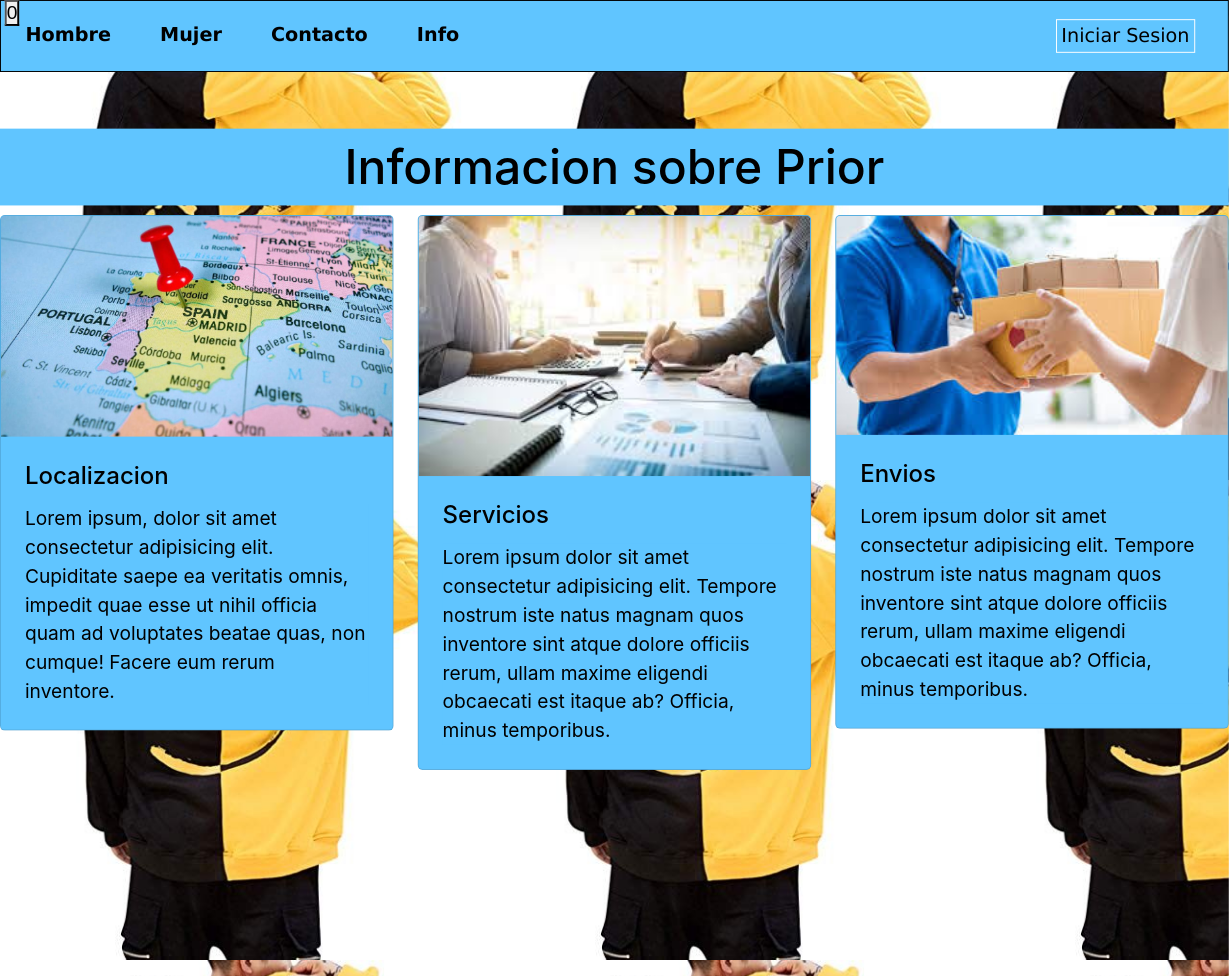
Repository: danilugones10/Proyecto
Page: info.html
An editor plug-in stored every save of this project. The page is shown before and after the next save, followed by the edit.
The browser window is 1280 px wide. The pictures show the whole page, at 96% of full size.

Above is the page before, as saved 2021-03-08 19:10:09.

After the next save:
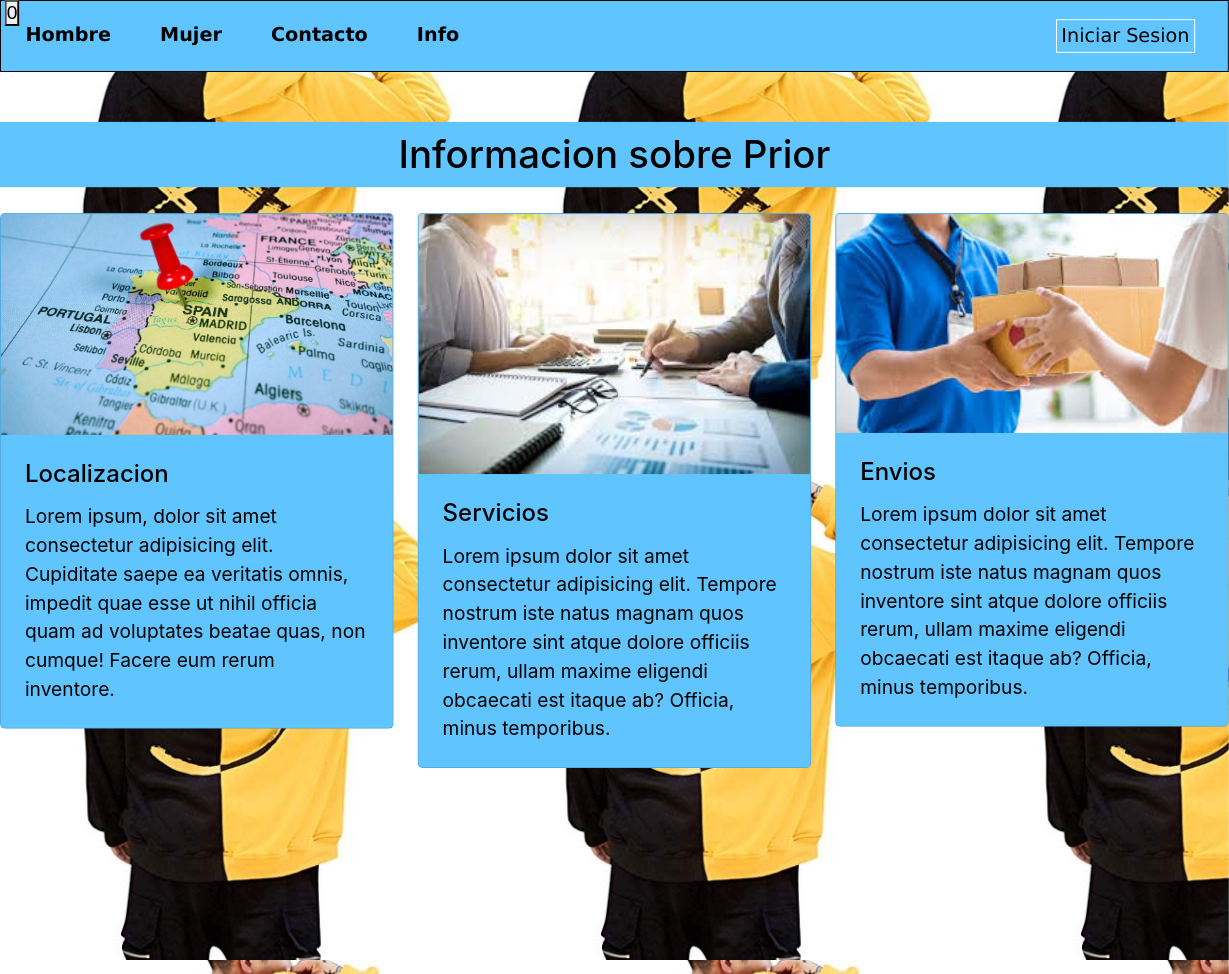
Saved 49 s later.
--- a/info.html
+++ b/info.html
@@ -14,7 +14,7 @@
     </header>
 
     <main class="main">
-        <h1 class="h1 color__claro">Informacion sobre Prior</h1>
+        <h1 class="h1Info color__claro">Informacion sobre Prior</h1>
         <div class="card-columns">
             <div class="card color__claro">
               <img src="css/img/mapa.jpg" class="card-img-top" alt="...">
